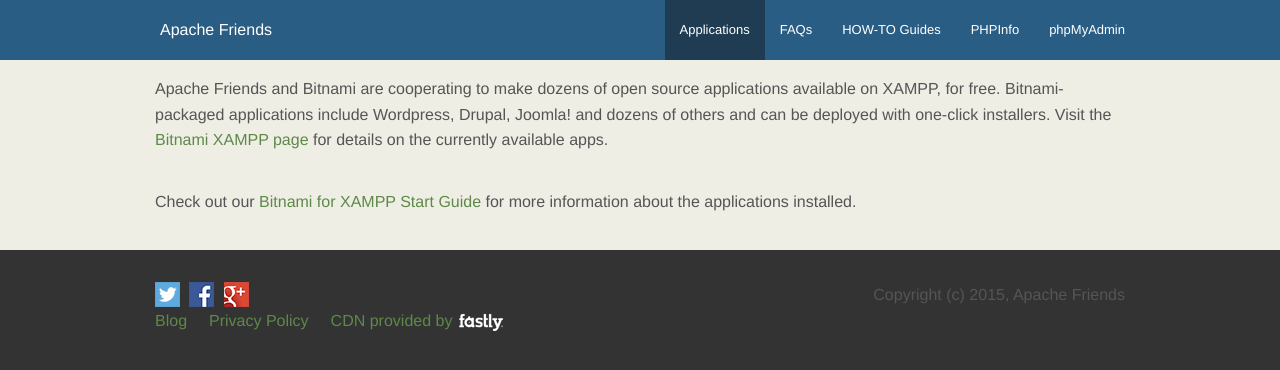
Repository: LDDUNG2003/dai_nam_2023
Page: applications.html
An editor plug-in stored every save of this project. The page is shown before and after the next save, followed by the edit.
The browser window is 1280 px wide. The pictures show the whole page.

Above is the page before, as saved 2024-03-15 18:58:01.

After the next save:
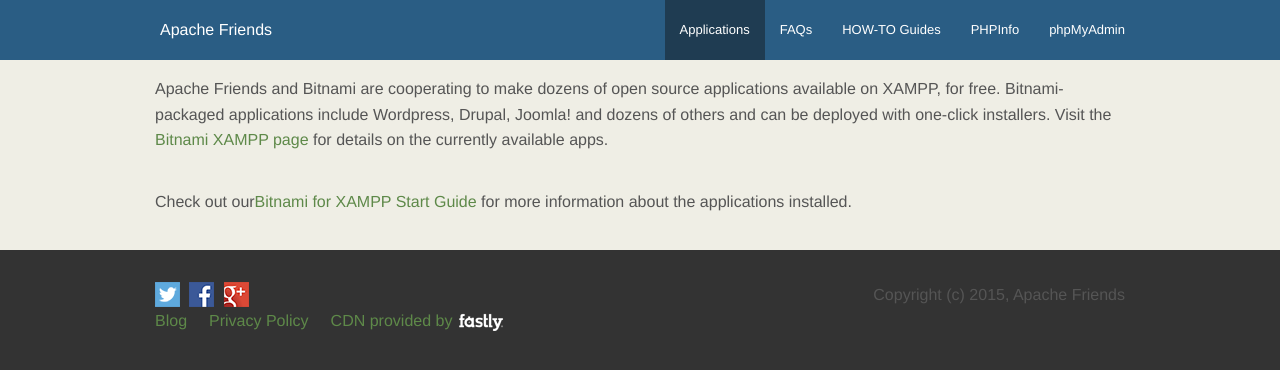
Saved 37 s later.
--- a/applications.html
+++ b/applications.html
@@ -1,79 +1,83 @@
 <!DOCTYPE html PUBLIC "-//W3C//DTD XHTML 1.0 Transitional//EN" "http://www.w3.org/TR/xhtml1/DTD/xhtml1-transitional.dtd">
 <html xmlns="http://www.w3.org/1999/xhtml">
+
 <head>
-<meta http-equiv="Content-Type" content="text/html; charset=utf-8" />
-  <title>Bitnami: Open Source. Simplified</title>
-  <link href="bitnami.css" media="all" rel="Stylesheet" type="text/css" />
-  <link href="/dashboard/stylesheets/all.css" rel="stylesheet" type="text/css" />
+    <meta http-equiv="Content-Type" content="text/html; charset=utf-8" />
+    <title>Bitnami: Open Source. Simplified</title>
+    <link href="bitnami.css" media="all" rel="Stylesheet" type="text/css" />
+    <link href="/dashboard/stylesheets/all.css" rel="stylesheet" type="text/css" />
 </head>
+
 <body>
-  <div class="contain-to-grid">
-    <nav class="top-bar" data-topbar>
-      <ul class="title-area">
-        <li class="name">
-          <h1><a href="/dashboard/index.html">Apache Friends</a></h1>
-        </li>
-        <li class="toggle-topbar menu-icon">
-          <a href="#">
-            <span>Menu</span>
-          </a>
-        </li>
-      </ul>
-
-      <section class="top-bar-section">
-        <!-- Right Nav Section -->
-        <ul class="right">
-          <li class="active"><a href="/applications.html">Applications</a></li>
-          <li class=""><a href="/dashboard/faq.html">FAQs</a></li>
-          <li class=""><a href="/dashboard/howto.html">HOW-TO Guides</a></li>
-          <li class=""><a target="_blank" href="/dashboard/phpinfo.php">PHPInfo</a></li>
-          <li class=""><a href="/phpmyadmin/">phpMyAdmin</a></li>
-        </ul>
-      </section>
-    </nav>
-  </div>
-  <div id="wrapper">
-    <div class="hero">
-       <div class="row">
-         <div class="large-12 columns">
-            <p>Apache Friends and Bitnami are cooperating to make dozens of open source applications available on XAMPP, for free. Bitnami-packaged applications include Wordpress, Drupal, Joomla! and dozens of others and can be deployed with one-click installers. Visit the <a href="https://bitnami.com/xampp?utm_source=bitnami&utm_medium=installer&utm_campaign=XAMPP%2BModule" target="_blank">Bitnami XAMPP page</a> for details on the currently available apps.</p><br/>
-            <p>Check out our <a href="https://www.apachefriends.org/bitnami_for_xampp.html" target="_blank" >Bitnami for XAMPP Start Guide</a> for more information about the applications installed.</p>
-         </div>
-       </div>
-    </div>
-    <div id="lowerContainer" class="row">
-      <div id="content" class="large-12 columns">
-          <!-- @@BITNAMI_MODULE_PLACEHOLDER@@ -->
-      </div>
-    </div>
-  </div>
-  <footer>
-    <div class="row">
-      <div class="large-12 columns">
-        <div class="row">
-          <div class="large-8 columns">
-            <ul class="social">
-              <li class="twitter"><a href="https://twitter.com/apachefriends">Follow us on Twitter</a></li>
-              <li class="facebook"><a href="https://www.facebook.com/we.are.xampp">Like us on Facebook</a></li>
-              <li class="google"><a href="https://plus.google.com/+xampp/posts">Add us to your G+ Circles</a></li>
+    <div class="contain-to-grid">
+        <nav class="top-bar" data-topbar>
+            <ul class="title-area">
+                <li class="name">
+                    <h1><a href="/dashboard/index.html">Apache Friends</a></h1>
+                </li>
+                <li class="toggle-topbar menu-icon">
+                    <a href="#">
+                        <span>Menu</span>
+                    </a>
+                </li>
             </ul>
 
-            <ul class="inline-list">
-              <li><a href="https://www.apachefriends.org/blog.html">Blog</a></li>
-              <li><a href="https://www.apachefriends.org/privacy_policy.html">Privacy Policy</a></li>
-              <li>
-                <a target="_blank" href="http://www.fastly.com/">                    CDN provided by
+            <section class="top-bar-section">
+                <!-- Right Nav Section -->
+                <ul class="right">
+                    <li class="active"><a href="/applications.html">Applications</a></li>
+                    <li class=""><a href="/dashboard/faq.html">FAQs</a></li>
+                    <li class=""><a href="/dashboard/howto.html">HOW-TO Guides</a></li>
+                    <li class=""><a target="_blank" href="/dashboard/phpinfo.php">PHPInfo</a></li>
+                    <li class=""><a href="/phpmyadmin/">phpMyAdmin</a></li>
+                </ul>
+            </section>
+        </nav>
+    </div>
+    <div id="wrapper">
+        <div class="hero">
+            <div class="row">
+                <div class="large-12 columns">
+                    <p>Apache Friends and Bitnami are cooperating to make dozens of open source applications available on XAMPP, for free. Bitnami-packaged applications include Wordpress, Drupal, Joomla! and dozens of others and can be deployed with one-click
+                        installers. Visit the <a href="https://bitnami.com/xampp?utm_source=bitnami&utm_medium=installer&utm_campaign=XAMPP%2BModule" target="_blank">Bitnami XAMPP page</a> for details on the currently available apps.</p><br/>
+                    <p>Check out our<a href="https://www.apachefriends.org/bitnami_for_xampp.html" target="_blank">Bitnami for XAMPP Start Guide</a> for more information about the applications installed.</p>
+                </div>
+            </div>
+        </div>
+        <div id="lowerContainer" class="row">
+            <div id="content" class="large-12 columns">
+                <!-- @@BITNAMI_MODULE_PLACEHOLDER@@ -->
+            </div>
+        </div>
+    </div>
+    <footer>
+        <div class="row">
+            <div class="large-12 columns">
+                <div class="row">
+                    <div class="large-8 columns">
+                        <ul class="social">
+                            <li class="twitter"><a href="https://twitter.com/apachefriends">Follow us on Twitter</a></li>
+                            <li class="facebook"><a href="https://www.facebook.com/we.are.xampp">Like us on Facebook</a></li>
+                            <li class="google"><a href="https://plus.google.com/+xampp/posts">Add us to your G+ Circles</a></li>
+                        </ul>
+
+                        <ul class="inline-list">
+                            <li><a href="https://www.apachefriends.org/blog.html">Blog</a></li>
+                            <li><a href="https://www.apachefriends.org/privacy_policy.html">Privacy Policy</a></li>
+                            <li>
+                                <a target="_blank" href="http://www.fastly.com/">                    CDN provided by
                   <img width="48" data-2x="/dashboard/images/fastly-logo@2x.png" src="/dashboard/images/fastly-logo.png" />
                 </a>
-              </li>
-            </ul>
-          </div>
-          <div class="large-4 columns">
-            <p class="text-right">Copyright (c) 2015, Apache Friends</p>
-          </div>
+                            </li>
+                        </ul>
+                    </div>
+                    <div class="large-4 columns">
+                        <p class="text-right">Copyright (c) 2015, Apache Friends</p>
+                    </div>
+                </div>
+            </div>
         </div>
-      </div>
-    </div>
-  </footer>
+    </footer>
 </body>
+
 </html>
